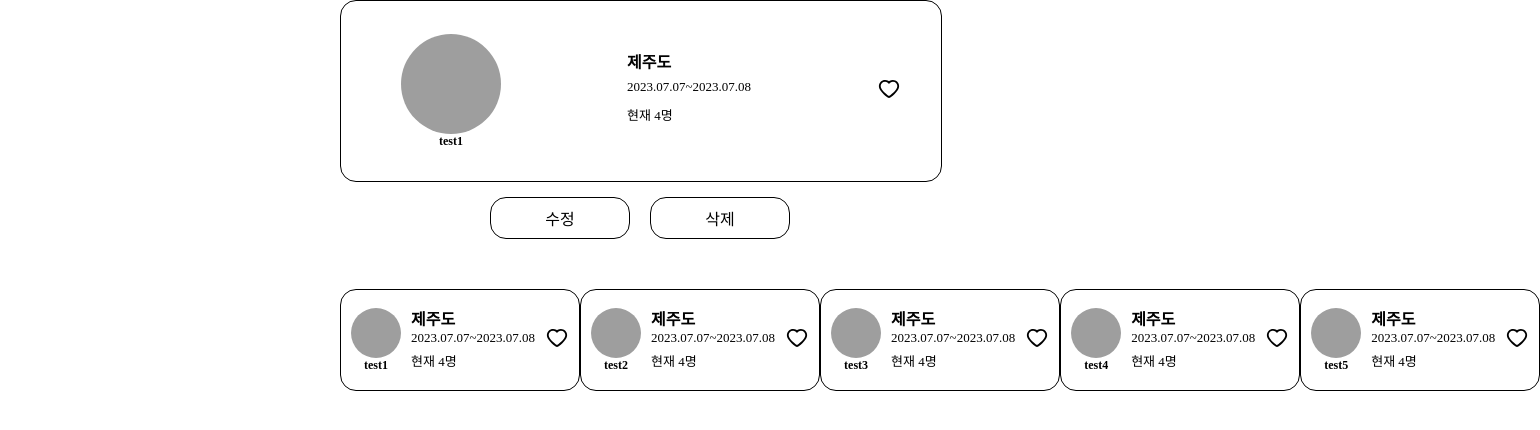
Repository: the-graces/matrip-web
Page: /tripSchedule (app in matrip/)
An editor plug-in stored every save of this project. The page is shown before and after the next save, followed by the edit.
The browser window is 1280 px wide. The page is 1540 px wide, so the pictures cover 1540 px, including what lies to the right of the window. The pictures show the whole page.
Pictures or frames that could not be fetched are drawn as grey boxes. The project was rebuilt for these pictures with package versions that can differ from the ones it lists, and the page was loaded fresh each time. Also part of the build but not shown: matrip/src/pages/Main/mainStyle.tsx, matrip/src/pages/Main/Post.tsx, matrip/src/pages/Main/index.tsx, matrip/src/pages/FriendSearch/friendSearchStyle.tsx, matrip/src/data/userdata.ts, matrip/src/pages/FriendSearch/index.tsx, matrip/src/pages/ItineraryInfo/index.scss, matrip/src/pages/ItineraryInfo/itineraryInfoStyle.tsx and 4 more.

Above is the page before, as saved 2023-07-09 13:38:08.

### matrip/src/App.tsx
import React from "react";
import { BrowserRouter, Route, Routes } from "react-router-dom";
import Main from "./pages/Main";

import FriendSearch from "./pages/FriendSearch";
import ItineraryInfo from "./pages/ItineraryInfo";
import UserProfile from "./pages/UserProfile";

import GlobalFonts from "./styles/fonts";
import TripSchedule from "./pages/TripSchedule";

function App() {
   return (
      <BrowserRouter>
         <GlobalFonts />
         <Routes>
            <Route
               path="/"
               element={<Main />}
            />
            <Route
               path="/friendSearch"
               element={<FriendSearch />}
            />
            <Route
               path="/itineraryInfo"
               element={<ItineraryInfo />}
            />
            <Route
               path="/userProfile"
               element={<UserProfile />}
            />
            <Route
               path="/tripSchedule"
               element={<TripSchedule />}
            />
         </Routes>
      </BrowserRouter>
   );
}

export default App;

### matrip/src/styles/fonts/index.js
import { createGlobalStyle } from "styled-components";
import Prentendard from "./Pretendard-Regular.woff2";

export default createGlobalStyle`
@font-face {
    font-family: "Prentendard";
    src: url(${Prentendard}) fromat("woff2");
}`;

### matrip/src/pages/TripSchedule/index.tsx
import React from "react";
import "./index.scss";

import * as iss from "./TripScheduleStyle";
import * as gs from "../../styles/GlobalStyles";
import "./index.scss";
import { fdata } from "../../data/userdata";
import { postdata } from "../../data/postdata";
import { AiOutlineHeart } from "react-icons/ai";
import UserList from "./UserList";

const TripSchedule: React.FC = () => {
  const post = postdata[0];

  return (
    <gs.MainContainer>
      <iss.MainContainer>
        <iss.postBox key={post.id}>
          <iss.profileBox to={"/userProfile"}>
            <iss.profileImgBox>
              <iss.profileImg src={post.imgurl} alt="유저 프로필" />
            </iss.profileImgBox>
            <iss.Nickname>{post.nick}</iss.Nickname>
          </iss.profileBox>
          <iss.postContent to={"/itineraryInfo"}>
            <iss.postTitle>{post.destination}</iss.postTitle>
            <iss.postPeriod>
              {post.startDate}~{post.endData}
            </iss.postPeriod>
            <iss.postPeriod>현재 {post.personnel}명</iss.postPeriod>
          </iss.postContent>
          <div>
            <iss.LikeBtn>
              <AiOutlineHeart size="24" />
            </iss.LikeBtn>
          </div>
        </iss.postBox>

        <iss.TripSchedulePostButton>
          <iss.TripSchedulePostButtonL>수정</iss.TripSchedulePostButtonL>
          <iss.TripSchedulePostButtonR>삭제</iss.TripSchedulePostButtonR>
        </iss.TripSchedulePostButton>

        <UserList/>
      </iss.MainContainer>
    </gs.MainContainer>
  );
};

export default TripSchedule;

### matrip/src/styles/GlobalStyles.tsx
import { styled } from "styled-components";

// 전체 화면 컨테이너
export const MainContainer = styled.div`
   width: 100%;
   display: flex;
   justify-content: center;
   font-family: Pretendard;
`;

// 그 안에 들어갈 내용을 감싸는 컨테이너
export const MainBox = styled.div`
   max-width: 600px;
   width: 100%;
   display: flex;
   flex-direction: column;
   align-items: center;

   @media screen and (min-width: 600px) {
      width: 600px;
   }
`;

### matrip/src/pages/TripSchedule/TripScheduleStyle.tsx
import { Link } from "react-router-dom";
import { styled } from "styled-components";

export const MainContainer = styled.div`
  max-width: 600px;
  width: 100%;

  @media screen and (min-width: 600px) {
    width: 600px;
  }
`;

export const postBox = styled.div`
  width: 100%;
  height: 180px;
  display: flex;
  align-items: center;
  justify-content: space-between;
  border: solid #000 1px;
  border-radius: 16px;
`;

export const profileBox = styled(Link)`
  padding: 0 10px;
  display: flex;
  flex-direction: column;
  align-items: center;
  color: #000;
  text-decoration: none;
  margin-left: 50px;
`;
export const profileImgBox = styled.div`
  width: 100px;
  height: 100px;
`;

export const profileImg = styled.img`
  width: 100%;
  height: 100%;
  object-fit: cover;
  border-radius: 50%;

`;

export const Nickname = styled.h4`
  font-size: 12px;
  font-weight: 600;
  margin: 0;
`;

export const postContent = styled(Link)`
  color: #000;
  text-decoration: none;
`;

export const postTitle = styled.div`
  font-size: 16px;
  font-weight: 800;
  margin-bottom: 6px;
`;

export const postPeriod = styled.div`
  font-size: 13px;
  margin-bottom: 10px;

`;

export const LikeBtn = styled.button`
  border: none;
  background: none;
  cursor: pointer;
  padding: 0 10px;
  margin-right: 30px;
`;

export const TripSchedulePostButton = styled.div`
  width: 50%;
  display: flex;
  border-radius: 40px;
  margin: auto;
  margin-top: 15px;
  gap: 20px;
  margin-bottom: 50px;
`;

export const TripSchedulePostButtonL = styled.div`
  width: 100%;
  height: 40px;
  display: flex;
  align-items: center;
  justify-content: space-between;
  border: solid #000 1px;
  border-radius: 16px;
  justify-content: center;
`;

export const TripSchedulePostButtonR = styled.div`
  width: 100%;
  height: 40px;
  display: flex;
  align-items: center;
  justify-content: space-between;
  border: solid #000 1px;
  border-radius: 16px;
  justify-content: center;
`;

export const userList = styled.div`
    display: flex;
    width: 600px;
`

export const userListPostBox = styled.div`
  width: calc((100% - 20px) / 2);
  height: 100px;
  display: flex;
  align-items: center;
  justify-content: space-between;
  border: solid #000 1px;
  border-radius: 16px;
`;

export const userListProfileBox = styled(Link)`
  padding: 0 10px;
  display: flex;
  flex-direction: column;
  align-items: center;
  color: #000;
  text-decoration: none;
`;

export const userListProfileImgBox = styled.div`
  width: 50px;
  height: 50px;
`;

export const userListProfileImg = styled.img`
  width: 100%;
  height: 100%;
  object-fit: cover;
  border-radius: 50%;
`;

export const userListNickname = styled.h4`
  font-size: 12px;
  font-weight: 600;
  margin: 0;
`;

export const userListPostContent = styled(Link)`
  color: #000;
  text-decoration: none;
`;

export const userListPostTitle = styled.div`
  font-size: 16px;
  font-weight: 800;
`;

export const userListPostPeriod = styled.div`
  font-size: 13px;
  margin-bottom: 5px;
`;

export const userListPLikeBtn = styled.button`
  border: none;
  background: none;
  cursor: pointer;
  padding: 0 10px;
`;

### matrip/src/data/postdata.ts
export const postdata = [
  {
    id: "1",
    nick: "test1",
    imgurl:
      "https://img2.daumcdn.net/thumb/R658x0.q70/?fname=https://t1.daumcdn.net/news/202302/21/spotvnews/20230221133133423kfxy.jpg",
    destination: "제주도",
    startDate: "2023.07.07",
    endData: "2023.07.08",
    personnel: 4,
  },
  {
    id: "2",
    nick: "test2",
    imgurl:
      "https://img2.daumcdn.net/thumb/R658x0.q70/?fname=https://t1.daumcdn.net/news/202302/21/spotvnews/20230221133133423kfxy.jpg",
    destination: "제주도",
    startDate: "2023.07.07",
    endData: "2023.07.08",
    personnel: 4,
  },
  {
    id: "3",
    nick: "test3",
    imgurl:
      "https://img2.daumcdn.net/thumb/R658x0.q70/?fname=https://t1.daumcdn.net/news/202302/21/spotvnews/20230221133133423kfxy.jpg",
    destination: "제주도",
    startDate: "2023.07.07",
    endData: "2023.07.08",
    personnel: 4,
  },
  {
    id: "4",
    nick: "test4",
    imgurl:
      "https://img2.daumcdn.net/thumb/R658x0.q70/?fname=https://t1.daumcdn.net/news/202302/21/spotvnews/20230221133133423kfxy.jpg",
    destination: "제주도",
    startDate: "2023.07.07",
    endData: "2023.07.08",
    personnel: 4,
  },
  {
    id: "5",
    nick: "test5",
    imgurl:
      "https://img2.daumcdn.net/thumb/R658x0.q70/?fname=https://t1.daumcdn.net/news/202302/21/spotvnews/20230221133133423kfxy.jpg",
    destination: "제주도",
    startDate: "2023.07.07",
    endData: "2023.07.08",
    personnel: 4,
  },
];

### matrip/src/pages/TripSchedule/UserList.tsx
import React from "react";
import "./index.scss";

import * as iss from "./TripScheduleStyle";
import "./index.scss";
import { fdata } from "../../data/userdata";
import { AiOutlineHeart } from "react-icons/ai";
import { postdata } from "../../data/postdata";

const UserList: React.FC = () => {
  return (
    <iss.userList>
      {postdata.map((post) => (
        <iss.userListPostBox key={post.id}>
          <iss.userListProfileBox to={"/userProfile"}>
            <iss.userListProfileImgBox>
              <iss.userListProfileImg src={post.imgurl} alt="유저 프로필" />
            </iss.userListProfileImgBox>
            <iss.userListNickname>{post.nick}</iss.userListNickname>
          </iss.userListProfileBox>
          <iss.userListPostContent to={"/itineraryInfo"}>
            <iss.userListPostTitle>{post.destination}</iss.userListPostTitle>
            <iss.userListPostPeriod>
              {post.startDate}~{post.endData}
            </iss.userListPostPeriod>
            <iss.userListPostPeriod>현재 {post.personnel}명</iss.userListPostPeriod>
          </iss.userListPostContent>
          <div>
            <iss.userListPLikeBtn>
              <AiOutlineHeart size="24" />
            </iss.userListPLikeBtn>
          </div>
        </iss.userListPostBox>
      ))}
    </iss.userList>
  );
};

export default UserList;

Loaded but not shown: matrip/public/index.html (common file); matrip/src/index.tsx (common file); matrip/src/index.css (common file); matrip/src/reportWebVitals.ts (common file)

After the next save:
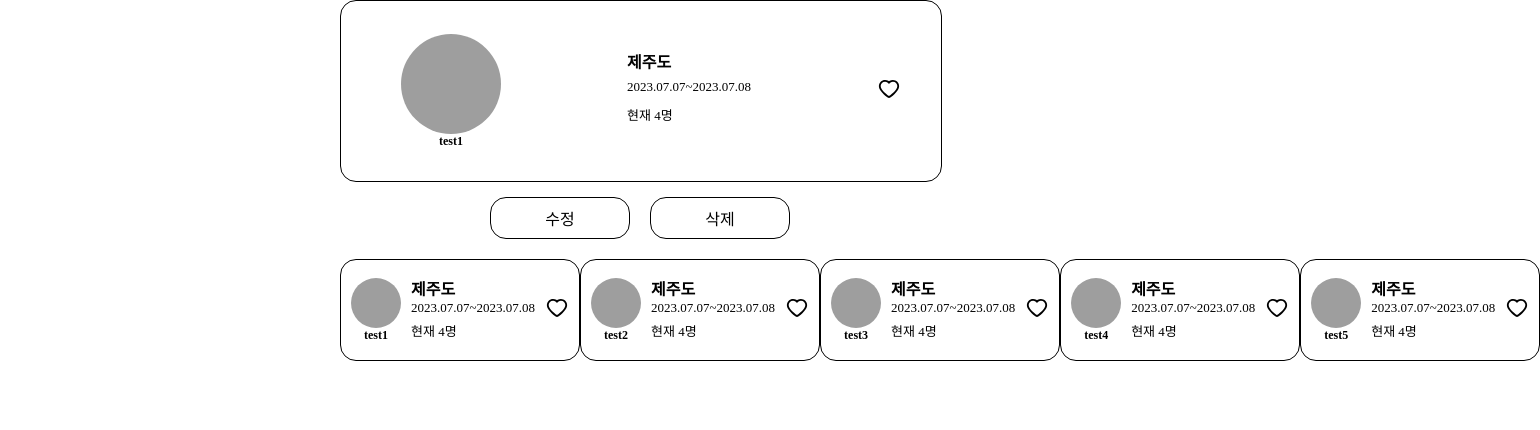
Saved 4 s later.
--- a/matrip/src/pages/TripSchedule/TripScheduleStyle.tsx
+++ b/matrip/src/pages/TripSchedule/TripScheduleStyle.tsx
@@ -39,7 +39,6 @@ export const profileImg = styled.img`
   height: 100%;
   object-fit: cover;
   border-radius: 50%;
-
 `;
 
 export const Nickname = styled.h4`
@@ -62,7 +61,6 @@ export const postTitle = styled.div`
 export const postPeriod = styled.div`
   font-size: 13px;
   margin-bottom: 10px;
-
 `;
 
 export const LikeBtn = styled.button`
@@ -80,7 +78,7 @@ export const TripSchedulePostButton = styled.div`
   margin: auto;
   margin-top: 15px;
   gap: 20px;
-  margin-bottom: 50px;
+  margin-bottom: 20px;
 `;
 
 export const TripSchedulePostButtonL = styled.div`
@@ -106,9 +104,9 @@ export const TripSchedulePostButtonR = styled.div`
 `;
 
 export const userList = styled.div`
-    display: flex;
-    width: 600px;
-`
+  display: flex;
+  width: 600px;
+`;
 
 export const userListPostBox = styled.div`
   width: calc((100% - 20px) / 2);
